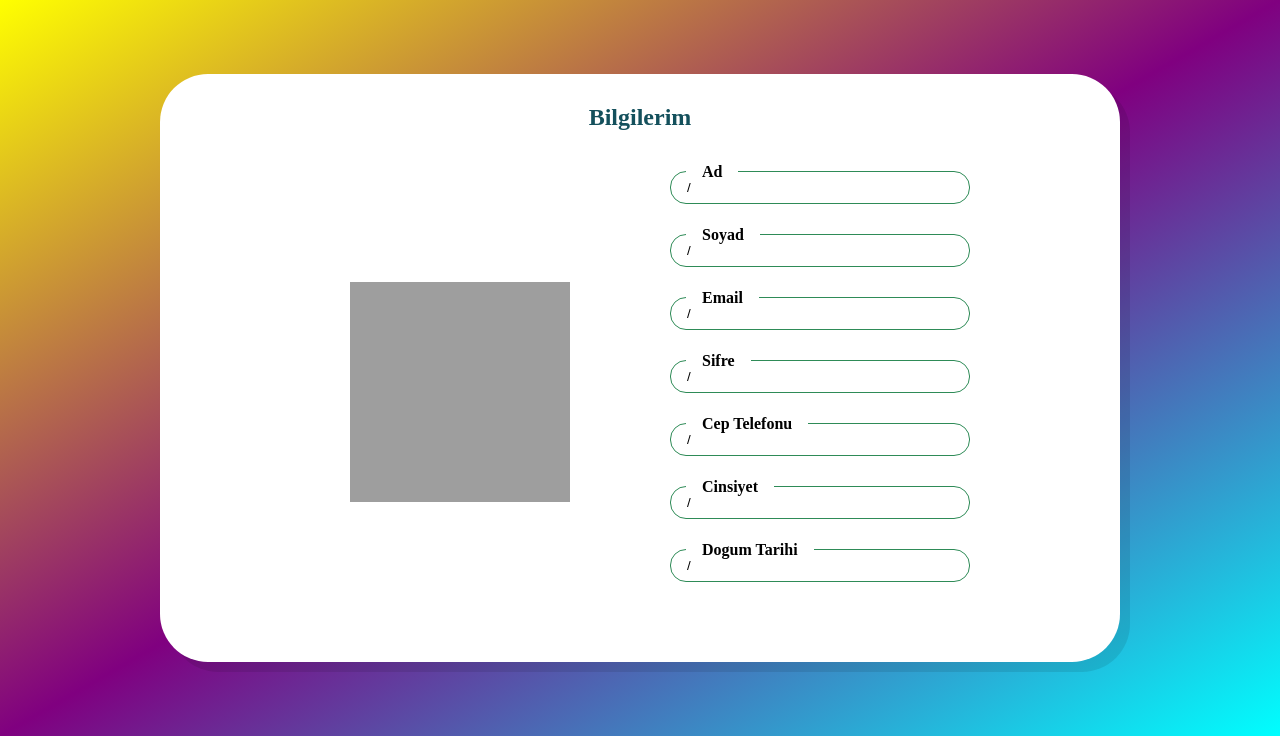
Repository: aenesyvz/web-programming-project
Page: http://localhost/test4/info.jsp
An editor plug-in stored every save of this project. The page is shown before and after the next save, followed by the edit.
The browser window is 1280 px wide. The pictures show the whole page.
Pictures or frames that could not be fetched are drawn as grey boxes. The page is served by Tomcat 9. Other server files are loaded and not shown.

Above is the page before, as saved 2023-05-11 05:06:42.

### test/test4/src/main/webapp/info.jsp
<%@ page language="java" contentType="text/html; charset=ISO-8859-1"
    pageEncoding="ISO-8859-1"%>
<!DOCTYPE html>
<html>
<head>
<meta charset="ISO-8859-1">
<title>Insert title here</title>
 <link rel="stylesheet" href="css/index.css">
</head>
<body>
<section>
    <div class="container-info">
       <h2 class="title">Bilgilerim</h2>
       <div class="grid" style="display: grid;grid-template-columns:1fr 1fr;background-color: #ffffff">
       		<div class="displayImage">
       		 <img src=${user.image}  class="displayImage" alt="" style="width: 220px;height: 220px;margin:0 auto; display: flex;align-items: center;	justify-content: center;"/>
       		</div>
          	<div class="form" >
                    <div class='formInput'>
                        <div class="form-label">Ad</div>
                        <div class='input-group'>
                            <input class="form__input" id="firstName" name="firstName" value=${user.firstName} />
                        </div>
                    </div>
                      <div class='formInput'>
                        <div class="form-label">Soyad</div>
                        <div class='input-group'>
                            <input class="form__input" name="lastName" value=${user.lastName} />
                        </div>
                    </div>

                     <div class='formInput'>
                        <div class="form-label">Email</div>
                        <div class='input-group'>
                            <input class="form__input" name="email" value=${user.email} />
                        </div>
                    </div>

                     <div class='formInput'>
                        <div class="form-label">Sifre</div>
                        <div class='input-group'>
                            <input class="form__input" name="password" value=${user.password} />
                        </div>
                    </div>

                    <div class='formInput'>
                        <div class="form-label">Cep Telefonu</div>
                        <div class='input-group'>
                            <input class="form__input" name="phoneNumber" value=${user.phoneNumber} />
                        </div>
                    </div>

                     <div class='formInput'>
                        <div class="form-label">Cinsiyet</div>
                        <div class='input-group'>
                            <input class="form__input" name="gender" value=${user.image} />
                        </div>
                    </div>

                     <div class='formInput'>
                        <div class="form-label">Dogum Tarihi</div>
                        <div class='input-group'>
                            <input class="form__input" name="birthOfDate" value=${user.dateOfBirth} />
                        </div>
                    </div>



                </div>

       </div>



    </div>
   </section>
</body>
</html>

### test/test4/src/main/webapp/css/index.css
* {
    box-sizing: border-box;
  }

  body {
    overflow-x: hidden;
    min-height: 100vh;
    display:flex;
	justify-content:center;
	align-items:center;
    background:
        linear-gradient(to left top, rgba(0, 255, 255, 1) 0%/*bottom-right color*/, rgba(255, 0, 255, 0.5) 50% /*middle color*/, rgba(255, 255, 0, 1) 100% /*top-left color*/),
        linear-gradient(rgba(0, 0, 0, 1), rgba(0, 0, 0, 1))/*"faked" black background make sure to add last or it will appear before the transparent/colored layer*/;
  }

   img{
    max-width: 100%;
    height: auto;
  }

  .grid{
  	display:grid;
  	grid-template-columns:1fr 1fr;
  }
  .container{
  	display:flex;
	justify-content:center;
	align-items:center;
	flex-direction:column;
	margin:auto;

    padding:20px 10px;
    background-color: #ffffff;
    box-shadow: 10px 10px rgba(0, 0, 0, 0.096);
    border-radius:3rem;
  }

  .container-info{
  display:flex;
	justify-content:center;
	align-items:center;
	flex-direction:column;
	margin:auto;

    padding:20px 10px;
    background-color: #ffffff;
    box-shadow: 10px 10px rgba(0, 0, 0, 0.096);
    border-radius:3rem;
  	width:60rem;
  }

.title{
	display:flex;
	justify-content:center;
	align-items:center;
	margin:10px  auto;
	color: hsl(190, 64%, 22%);
}
.displayImage{
	 display: flex;
    	align-items: center;
    	justify-content: center;

}

.form{
	margin:30px;
}
.formInput{
    display: flex;
    margin-bottom: 30px;
    align-items: center;
    justify-content: space-between;
    position: relative;

}
.form-label{
    padding: 0 1rem;
    background-color: white;
    font-size: 16px;
    font-weight: bold;
    text-transform: capitalize;
    position: absolute;
    z-index: 1;
    left: 1rem;
    top: -.5rem;
    text-align: left;
}

.input-group{
    position: relative;
    margin: auto 0;
}

.form__input{
    width: 300px;
    /* background-color: rgba(203, 201, 201,.9); */
    border: none;
    padding: .5rem 1rem;
    border-radius: 1rem;
    outline: none;
    border:1px solid seagreen;
    border-radius: 1rem;
}

.submitButton{
	display:flex;
	justify-content:center;
	align-items:center;
	padding:15px 25px;
	margin:0 auto;
	background-color:hsl(190, 64%, 22%);
	color:#ffffff;
	border:none;
	border-radius:2rem;
}

After the next save:
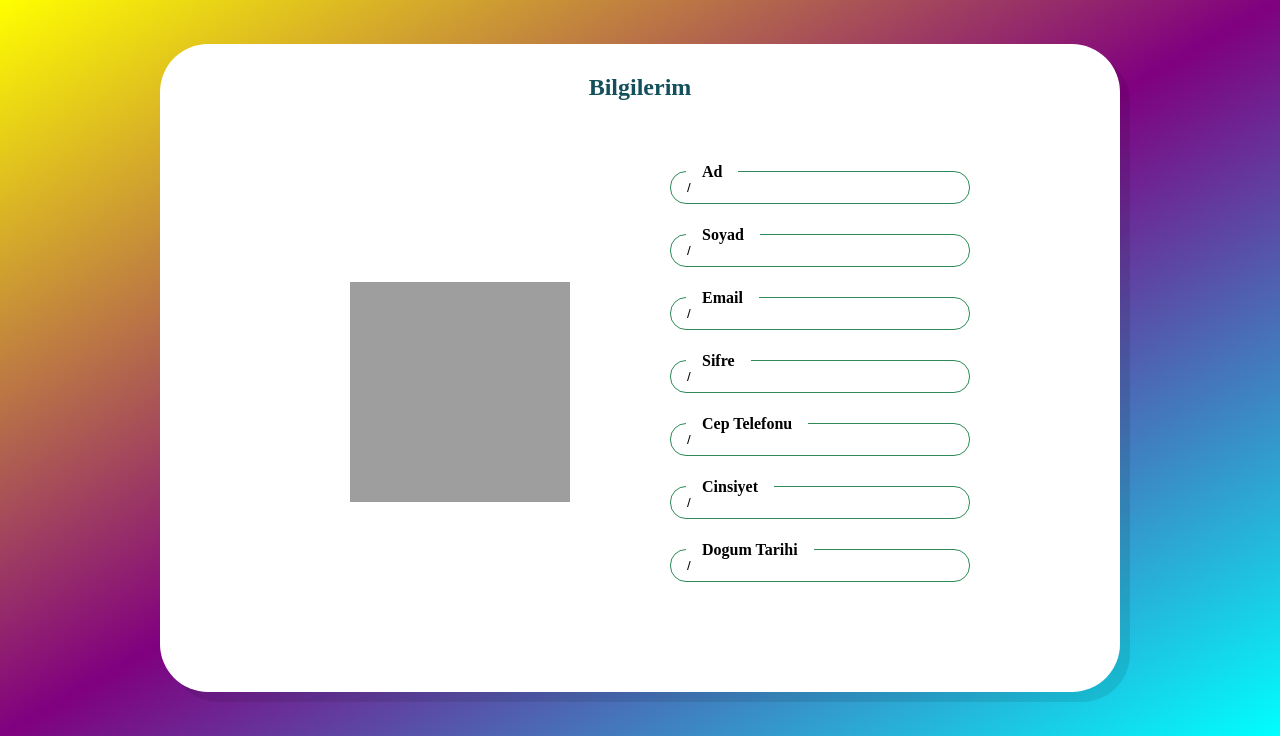
Saved 37 s later.
--- a/test/test4/src/main/webapp/info.jsp
+++ b/test/test4/src/main/webapp/info.jsp
@@ -11,7 +11,7 @@
 <section>
     <div class="container-info">
        <h2 class="title">Bilgilerim</h2>
-       <div class="grid" style="display: grid;grid-template-columns:1fr 1fr;background-color: #ffffff">
+       <div class="grid" style="display: grid;grid-template-columns:1fr 1fr;background-color: #ffffff;padding:30px;border-radius:3rem">
        		<div class="displayImage">
        		 <img src=${user.image}  class="displayImage" alt="" style="width: 220px;height: 220px;margin:0 auto; display: flex;align-items: center;	justify-content: center;"/>
        		</div>
